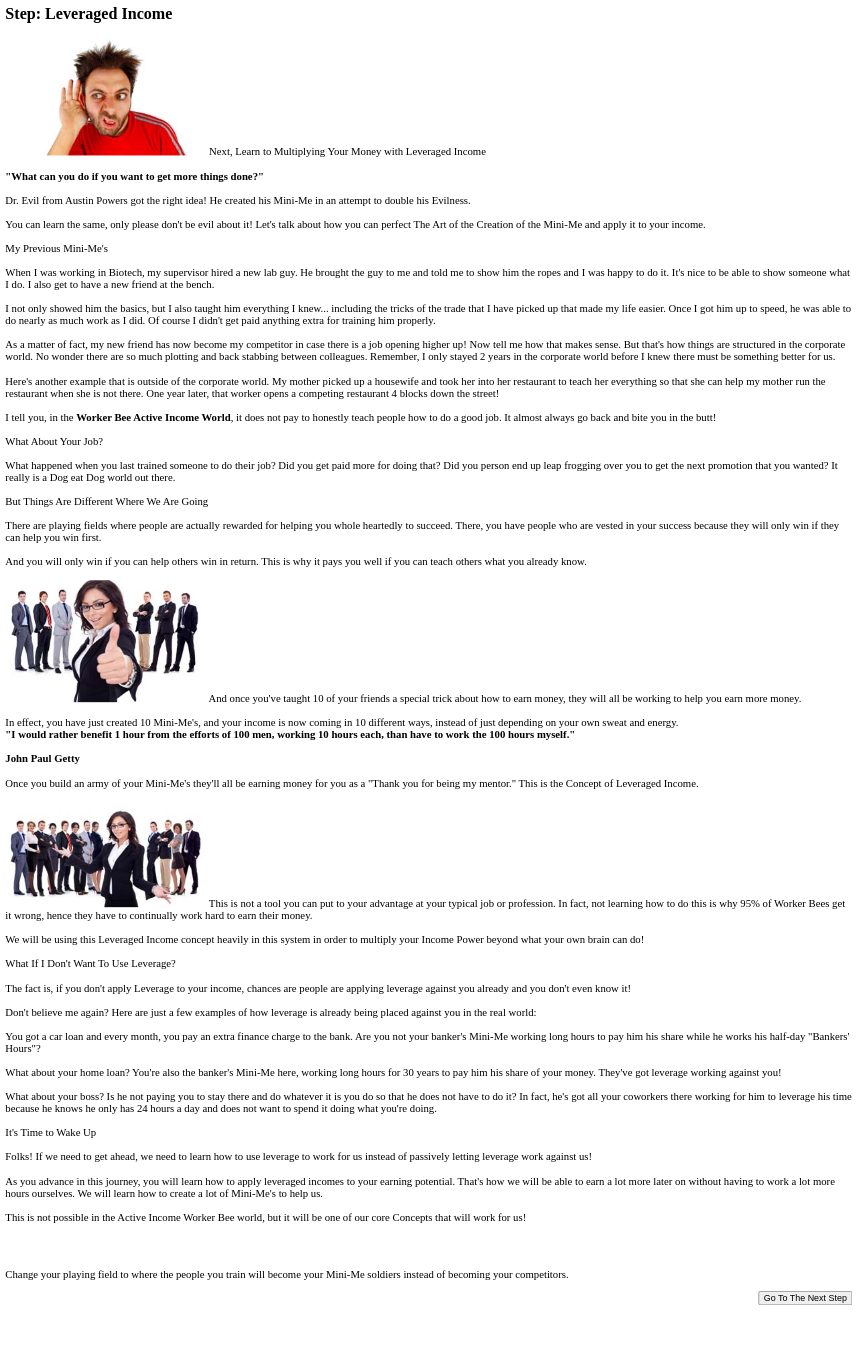
Repository: DevZubair/Danh-App
Page: www/templates/steps-leverage.html
The author's editor kept a record of every edit. The page is drawn from the files as they stood at one moment, then again after the next edit.
The browser window is 1280 px wide. The pictures show the whole page, at 67% of full size.

Above is the page before.

After the next edit:
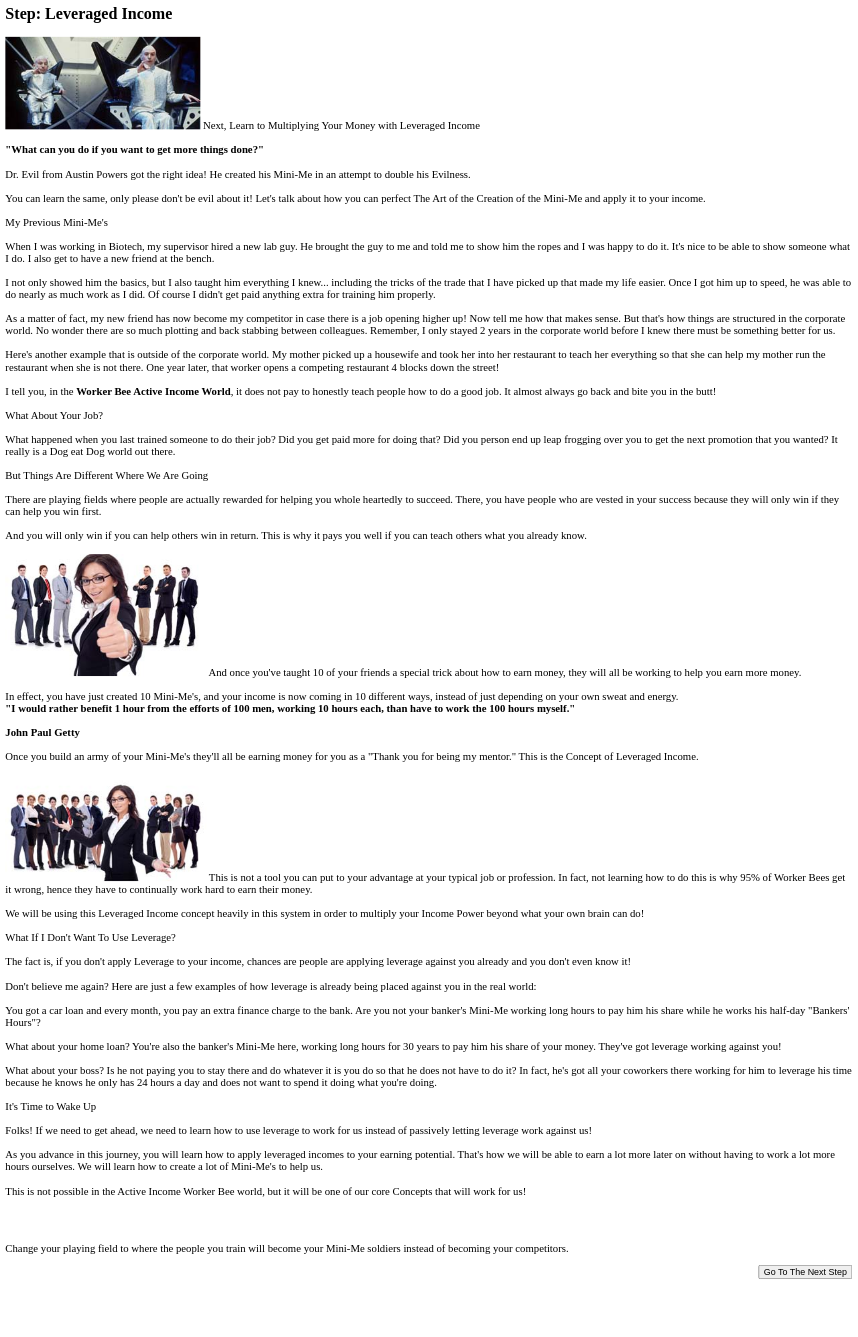
The edit:
--- a/www/templates/steps-leverage.html
+++ b/www/templates/steps-leverage.html
@@ -9,7 +9,7 @@
     <div class="item item-text-wrap white-box">
       <div class="row">
         <div class="col">
-         <img src="img/hardOfHearing.jpg" class="images-left-50"></img>
+         <img src="img/mini-me.jpg" class="images-right-50"></img>
          <span class="subtitle">Next, Learn to Multiplying Your Money with Leveraged Income </span><br><br>
 
             <b>"What can you do if you want to get more things done?"</b><br><br>
